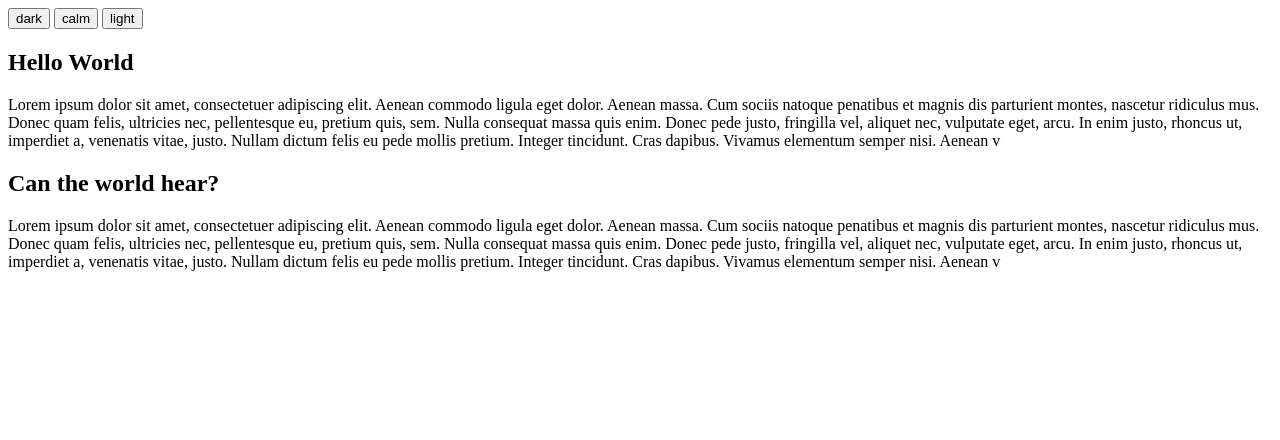
Repository: chaiyilin/css
Page: src/css-variable/02-theme-styles-with-css-variables/index.html
An editor plug-in stored every save of this project. The page is shown before and after the next save, followed by the edit.
The browser window is 1280 px wide. The pictures show the whole page.

Above is the page before, as saved 2018-03-17 23:59:57.

After the next save:
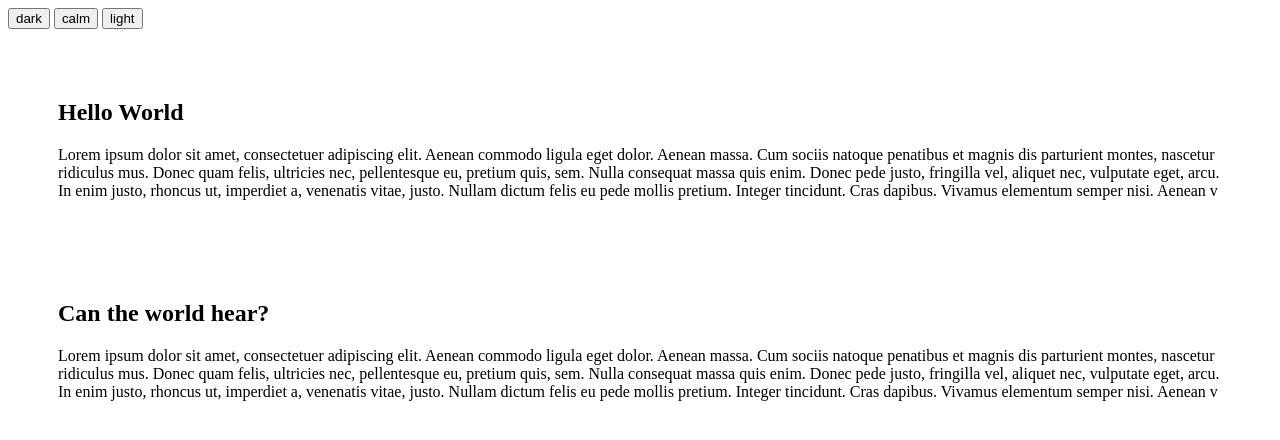
Saved 13 s later.
--- a/src/css-variable/02-theme-styles-with-css-variables/index.css
+++ b/src/css-variable/02-theme-styles-with-css-variables/index.css
@@ -1,30 +1,10 @@
-.btn {
-  padding: 2rem 4rem;
-  border: 2px solid var(--color, black);
-  background: transparent;
-  font-size: 0.6em;
-  border-radius: 2px;
+body {
+  background-color: var(--bg, white);
+  color: var(--bg-text, black);
 }
-.btn:hover {
-  cursor: pointer;
-  background: var(--color, black);
-  color: white;
+article {
+  padding: 50px;
 }
-
-/* variations */
-
-.btn.red {
-  --color: red;
+article h2 {
+  margin-top: 100px;
 }
-.btn.yellow {
-  --color: yellow;
-}
-.btn.green {
-  --color: green;
-}
-.btn.orange {
-  --color: orange;
-}
-.btn.teal {
-  --color: teal;
-}
